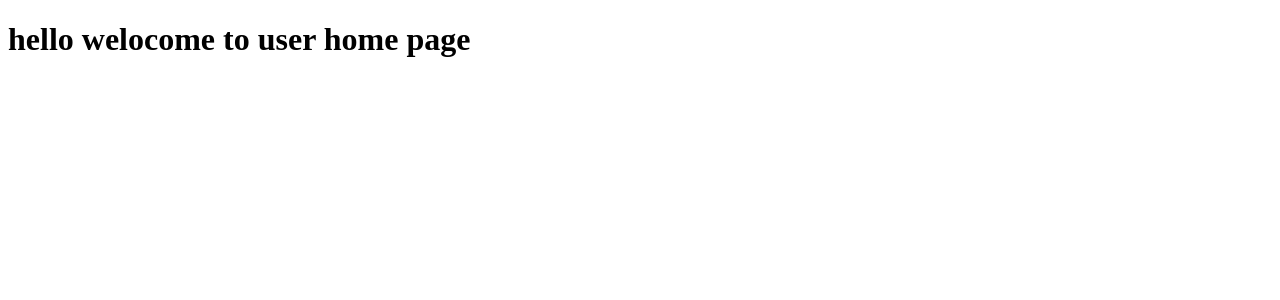
Repository: Bansal140899/eclipse-workspace
Page: http://localhost/ENotesProject/homee.jsp
The author's editor kept a copy of each file at every save. The page is drawn from the files as they stood at one save, then again after the next save.
The browser window is 1280 px wide. The pictures show the whole page.
The page is served by Tomcat 10.

Above is the page before, as saved 2025-12-23 06:29:06.

After the next save:
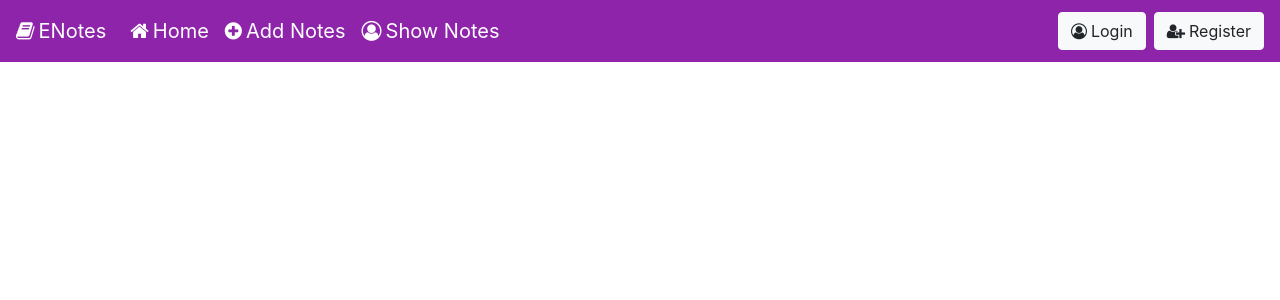
Saved 23 min 11 s later.
--- a/ENotesProject/src/main/webapp/homee.jsp
+++ b/ENotesProject/src/main/webapp/homee.jsp
@@ -5,8 +5,10 @@
 <head>
 <meta http-equiv="Content-Type" content="text/html; charset=UTF-8">
 <title>Insert title here</title>
+<%@include file="All_Component/allcss.jsp"%>
+<%@include file="All_Component/navbar.jsp"%>
 </head>
 <body>
-<h1>hello welocome to user home page</h1>
+
 </body>
 </html>
